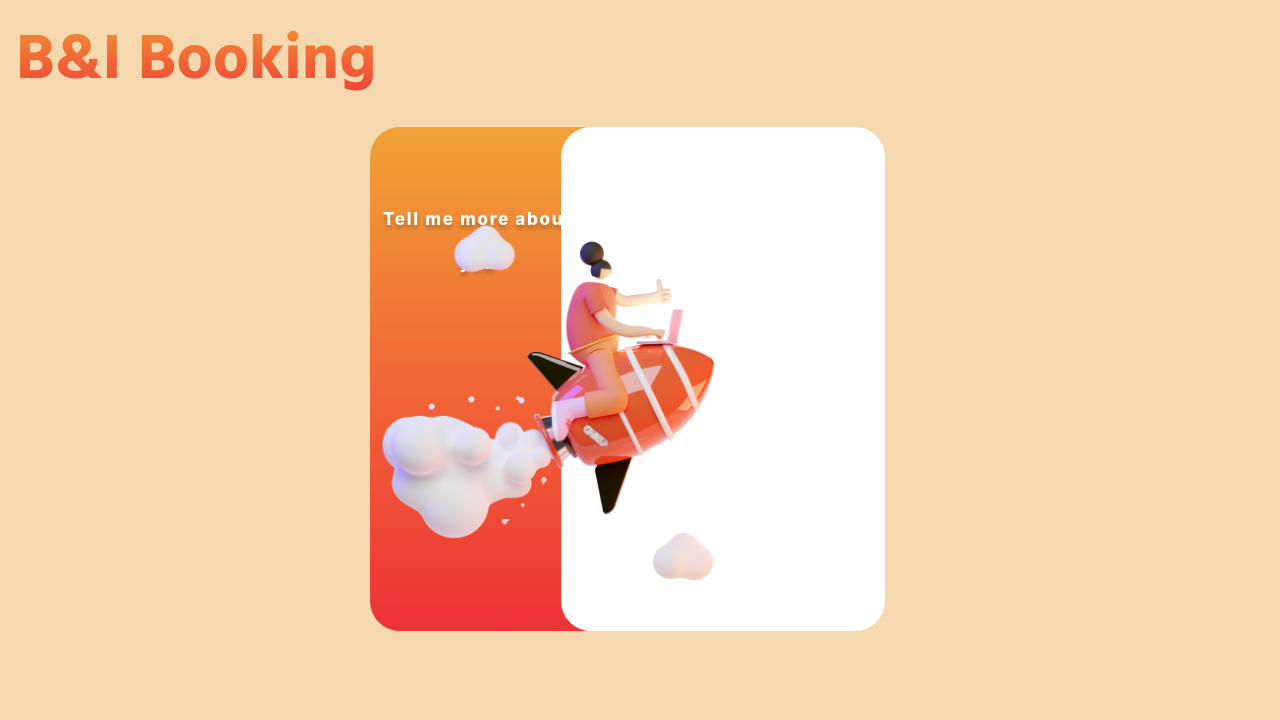
Repository: Grand-Line-PNV/FE-BIBooking
Page: /
These files come from the project's save history. The page is drawn as it stood at one moment and after the next save; the edit follows.
The browser window is 1280 px wide. The pictures show the whole page.
The project was rebuilt for these pictures with package versions that can differ from the ones it lists, and the page was loaded fresh each time. Also part of the build but not shown: src/App.css, src/view/pages/Influencers/PersonalInformation/VerifyAccount.module.scss, src/view/pages/Influencers/PersonalInformation/VerifyAccount.js, src/view/pages/Influencers/PersonalInformation/Job.module.scss, src/view/pages/Influencers/PersonalInformation/Job.js, src/components/Header.js.

Above is the page before, as saved 2023-02-06 22:03:51.

### public/index.html
<!DOCTYPE html>
<html lang="en">

<head>
  <meta charset="utf-8" />
  <link rel="icon" href="%PUBLIC_URL%/logoBIBooking.png" />
  <meta name="viewport" content="width=device-width, initial-scale=1" />
  <meta name="theme-color" content="#000000" />
  <meta name="description" content="Web site created using create-react-app" />
  <link rel="apple-touch-icon" href="%PUBLIC_URL%/logoBIBooking.png" />
  <!--
      manifest.json provides metadata used when your web app is installed on a
      user's mobile device or desktop. See https://developers.google.com/web/fundamentals/web-app-manifest/
    -->
  <link rel="manifest" href="%PUBLIC_URL%/manifest.json" />
  <!--
      Notice the use of %PUBLIC_URL% in the tags above.
      It will be replaced with the URL of the `public` folder during the build.
      Only files inside the `public` folder can be referenced from the HTML.

      Unlike "/favicon.ico" or "favicon.ico", "%PUBLIC_URL%/favicon.ico" will
      work correctly both with client-side routing and a non-root public URL.
      Learn how to configure a non-root public URL by running `npm run build`.
    -->
  <title>B&IBooking</title>
</head>

<body>
  <noscript>You need to enable JavaScript to run this app.</noscript>
  <div id="root"></div>
  <!--
      This HTML file is a template.
      If you open it directly in the browser, you will see an empty page.

      You can add webfonts, meta tags, or analytics to this file.
      The build step will place the bundled scripts into the <body> tag.

      To begin the development, run `npm start` or `yarn start`.
      To create a production bundle, use `npm run build` or `yarn build`.
    -->
</body>

</html>

### src/App.js
import "./App.css";
import { Provider } from "react-redux";
import store from "./redux";
import { faChevronLeft } from "@fortawesome/free-solid-svg-icons";
import { FontAwesomeIcon } from "@fortawesome/react-fontawesome";
import classNames from "classnames/bind";
import Button from "./components/Button/Button";
import PersonalInformation from "../src/view/pages/Influencers/PersonalInformation/index";
import Auth from "./view/pages/Auth/index";
import Header from "./components/Header";

const cx = classNames.bind();

function App() {
  return (
    <Provider store={store}>
      <Auth />
    </Provider>
  );
}

export default App;

### src/styles/GlobalStyles.js
import "./GlobalStyles.scss";

function GlobalStyles({ children }) {
  return children;
}
export default GlobalStyles;

### src/redux/index.js
import { configureStore } from "@reduxjs/toolkit";

const store = configureStore({
	reducer: {
	},
});

export default store;

### src/view/pages/Auth/index.js
import React, { useState } from "react";
import classNames from "classnames/bind";
import styles from "./Auth.module.scss";
import { Logo, Saly1 } from "../../../assets/images/index";
import Button from "../../../components/Button/Button";

const cx = classNames.bind(styles);

export default function Auth() {
  return (
    <>
      <div>
        <div className={cx("auth")}>
          <img
            style={{ objectFit: "cover", padding: "30px 20px" }}
            src={Logo}
            alt="LogoB&IBooking"
          />
          <div className={cx("container")}>
            <div className={cx("auth-container")}>
              <div className={cx("block-left")}>
                <p className={cx("auth-title")}>
                  Tell me more about you
                </p>
                <img className={cx("saly1-img")} src={Saly1} alt="Saly1" />
              </div>
              <div className={cx("block-right")}>
                <div className={cx("block-container")}>
                  {/* Call files here */}
                </div>
              </div>
            </div>
          </div>
        </div>
      </div>
    </>
  );
}

### src/styles/GlobalStyles.scss
:root{
    --white:  rgba(255, 255, 255, 1.0);
    --primary: #F16736;
    --black: #000;
    --text-color: #333;
}
*{
    margin: 0;
    padding: 0;
    box-sizing: border-box;
}
html{
    font-size:62.5%;
}
body{
    text-rendering: optimizeSpeed;
    font-size: 1.6rem;
    font-family: 'Inter', sans-serif;
    line-height: 1.5;
    color: var(--text-color)
}
button, input,[tabindex]{
    outline: none;
    border: none;
}
a[href]{
    color: var(--text-color);
    text-decoration: none
}

### src/view/pages/Influencers/PersonalInformation/PersonalInformation.module.scss
:root {
  // color
  --Wheat-color: #f5d8ae;
  --SonicSilver-color: #7b7777;
  --Linear-orange-color: linear-gradient(
    180deg,
    #f0a237 0%,
    #f16736 50.31%,
    #ed3237 100%
  );
  //   --Inter-font-family: "Inter", sans-serif;
}
.personalInfor {
  width: 100%;
  height: 100vh;
  background-color: var(--Wheat-color);
  //   font-family: var(--Inter-font-family);
  & .container {
    width: 65%;
    // height: 50vh;
    // background-color: white;
    margin: 0 auto;
    border-radius: 20px;
    & .personalInfor-container {
      width: 65%;
      margin: 0 auto;
      height: 70vh;
      display: flex;
      position: relative;
      & .block-left {
        width: 40%;
        background: var(--Linear-orange-color);
        text-align: center;
        border-top-left-radius: 30px;
        border-bottom-left-radius: 30px;
        & .personalInfor-title {
          padding-top: 70px;
          font-style: normal;
          font-weight: 800;
          font-size: 17px;
          line-height: 44px;
          letter-spacing: 0.1em;
          color: #ffffff;
          text-shadow: 0px 4px 4px rgba(0, 0, 0, 0.25);
        }
        & .saly1-img {
          width: 42rem;
          object-fit: cover;
          position: absolute;
          z-index: 1;
          bottom: 0;
          left: 0;
          transform: translateX(-75px);
        }
      }
      & .block-right {
        width: 60%;
        background-color: white;
        border-radius: 30px;
        transform: translateX(-25px);
        & .block-container {
          width: 90%;
          height: 65vh;
          margin: 0 auto;
          margin-top: 70px;
          position: relative;
          & .dots {
            display: flex;
            gap: 3px;
            & .dot {
              height: 7px;
              width: 7px;
              background-color: #bbb;
              border-radius: 100rem;
            }
            & .active {
              background: var(--Linear-orange-color);
              width: 20px;
            }
          }
          & .submit {
            text-align: center;
            margin-top: 50px;
          }
        }
      }
    }
  }
}

### src/assets/images/index.js
import Logo from "./LogoB&IBooking.png";
import Saly1 from "./Saly1.png";

export { Logo, Saly1 };

### src/view/pages/Auth/Auth.module.scss
:root {
  // color
  --Wheat-color: #f5d8ae;
  --SonicSilver-color: #7b7777;
  --Linear-orange-color: linear-gradient(
    180deg,
    #f0a237 0%,
    #f16736 50.31%,
    #ed3237 100%
  );
  //   --Inter-font-family: "Inter", sans-serif;
}
.auth {
  width: 100%;
  height: 100vh;
  background-color: var(--Wheat-color);
  //   font-family: var(--Inter-font-family);
  & .container {
    width: 65%;
    // height: 50vh;
    // background-color: white;
    margin: 0 auto;
    border-radius: 20px;
    & .auth-container {
      width: 65%;
      margin: 0 auto;
      height: 70vh;
      display: flex;
      position: relative;
      & .block-left {
        width: 40%;
        background: var(--Linear-orange-color);
        text-align: center;
        border-top-left-radius: 30px;
        border-bottom-left-radius: 30px;
        & .auth-title {
          padding-top: 70px;
          font-style: normal;
          font-weight: 800;
          font-size: 17px;
          line-height: 44px;
          letter-spacing: 0.1em;
          color: #ffffff;
          text-shadow: 0px 4px 4px rgba(0, 0, 0, 0.25);
        }
        & .saly1-img {
          width: 42rem;
          object-fit: cover;
          position: absolute;
          z-index: 1;
          bottom: 0;
          left: 0;
          transform: translateX(-75px);
        }
      }
      & .block-right {
        width: 60%;
        background-color: white;
        border-radius: 30px;
        transform: translateX(-25px);
        & .block-container {
          width: 90%;
          height: 65vh;
          margin: 0 auto;
          margin-top: 70px;
          position: relative;
        }
      }
    }
  }
}

### src/components/Button/Button.js
import classNames from "classnames/bind"
import { Link } from "react-router-dom";
import styles from './Button.module.scss'

const cx = classNames.bind(styles)

function Button({
    children,
    small=false,
    large=false,
    primary = false,
    outline = false,
    rounded= false,
    text = false,
    disabled = false,
    radius = false,
    to, href,className,leftIcon,rightIcon, onClick, ...passProps}) {
    let Comp = 'button';
    const props = {
        onClick,
        ...passProps
    }
    //Remove event listener when btn is disabled

    if(disabled) {
        Object.keys(props).forEach(key =>{
            if(key.startsWith('on') && typeof props[key] === 'function'){
                delete props[key];
            }
        })
    }
    if(to){
        props.to = to
        Comp = Link
    }else if(href){
        props.href = href
        Comp = 'a'
    }
    const classes = cx('wrapper',{
        [className]:className,
        primary,
        outline,
        rounded,
        small,
        large,
        text,
        disabled,
        radius
    })
    return (
        <Comp className={classes} {...props}>
            {leftIcon && <span className={cx('icon')}>{leftIcon}</span>}
            <span className={cx('title')}>{children}</span>
            {rightIcon && <span className={cx('icon')}>{rightIcon}</span>}

        </Comp>
    )
}

export default Button;

### src/view/pages/Influencers/PersonalInformation/index.js
import React, { useState } from "react";
import classNames from "classnames/bind";
import styles from "./PersonalInformation.module.scss";
import { Logo, Saly1 } from "../../../../assets/images";
import Button from "../../../../components/Button/Button";
import Information from "./Information";
import VerifyAccount from "./VerifyAccount";
import Job from "./Job";

const cx = classNames.bind(styles);

export default function PersonalInformation() {
  const [jobShown, setJobShown] = useState(false);
  const [informationShown, setInformationShown] = useState(true);
  const [verifyShown, setVerifyShown] = useState(false);

  const handleShowJob = () => {
    setJobShown(!jobShown);
    setInformationShown(false);
    setVerifyShown(false);
  };
  return (
    <>
      <div>
        <div className={cx("personalInfor")}>
          <img
            style={{ objectFit: "cover", padding: "30px 20px" }}
            src={Logo}
            alt="LogoB&IBooking"
          />
          <div className={cx("container")}>
            <div className={cx("personalInfor-container")}>
              <div className={cx("block-left")}>
                <p className={cx("personalInfor-title")}>
                  Tell me more about you
                </p>
                <img className={cx("saly1-img")} src={Saly1} alt="Saly1" />
              </div>
              <div className={cx("block-right")}>
                <div className={cx("block-container")}>
                  <div className={cx("dots")}>
                    <span className={cx("dot", "active")}></span>
                    <span className={cx("dot")}></span>
                    <span className={cx("dot")}></span>
                  </div>
                  {/* Call files here */}

                  {informationShown ? <Information /> : <Job />}

                  <div className={cx("submit")}>
                    <Button
                      primary={true}
                      radius={true}
                      text={true}
                      onClick={handleShowJob}
                    >
                      Continue
                    </Button>
                  </div>
                </div>
              </div>
            </div>
          </div>
        </div>
      </div>
    </>
  );
}

### src/components/Button/Button.module.scss
.wrapper {
  display: inline-flex;
  align-items: center;
  justify-content: center;
  font-size: 1.6rem;
  font-weight: 700;
  font-family: "ProximaNova", sans-serif;
  min-width: 100px;
  padding: 9px 16px;
  border-radius: 4px;
  cursor: pointer;
  background-color: var(--white);
  border: 1px solid transparent;
  user-select: none;

  + .wrapper {
    margin-left: 8px;
  }
  &.disabled {
    pointer-events: none;
    opacity: 0.6;
  }
}
//Button types
.rounded {
  border-radius: 999px;
  border-width: 1px;
  border-style: solid;
  box-shadow: 0 2px 8px rgb(0 0 0 / 6%);
  border-color: rgba(22, 24, 35, 0.12);

  &:hover {
    border-color: rgba(22, 24, 35, 0.2);
    background-color: rgba(22, 24, 35, 0.03);
  }
}

.primary {
  color: var(--white);
  background-color: var(--primary);
  border-color: var(--primary);
  &:hover {
    border-color: var(--primary);
    background: linear-gradient(0deg, rgba(0, 0, 0, 0.06), rgba(0, 0, 0, 0.06)),
      #fe2c55;
  }
}
.outline {
  color: var(--primary);
  border-color: currentColor;
  &:hover {
    border-color: currentColor;
    background-color: rgba(254, 44, 85, 0.06);
  }
}
.text {
}
//Radius
.radius {
  border-radius: 999px;
}

//Disabled

// Button sizes
.small {
  min-width: 88px;
  padding: 4px 16px;
}
.large {
  padding: 14px 16px;
  min-width: 140px;
}
.icon + .title,
.title + .icon {
  margin-left: 8px;
}
.icon {
  display: inline-block;
  width: 24px;
  text-align: center;
}

### src/view/pages/Influencers/PersonalInformation/Information.js
import React from "react";
import Button from "../../../../components/Button/Button";
import classNames from "classnames/bind";
import styles from "./Information.module.scss";

const cx = classNames.bind(styles);

export default function Information() {
  return (
    <>
      <div className={cx("information")}>
        <p className={cx("information-title")}>Personal Information</p>
        <form className={cx("form")}>
          <div className={cx("form-control-left")}>
            <div className={cx("form-group")}>
              <label className={cx("form-label")}>Your full name *</label>
              <input className={cx("form-input")} type="email" required />
            </div>
            <div className={cx("form-group")}>
              <label className={cx("form-label")}>Your address email *</label>
              <input className={cx("form-input")} type="email" required />
            </div>
            <div className={cx("form-group")}>
              <label className={cx("form-label")}>Your phone number *</label>
              <input className={cx("form-input")} type="email" required />
            </div>
            <div className={cx("form-group")}>
              <label className={cx("form-label")}>Province/City *</label>
              <input className={cx("form-input")} type="email" required />
            </div>
          </div>
          <div className={cx("form-control-right")}>
            <div className={cx("form-group")}>
              <label className={cx("form-label")}>Gender *</label>
              <div className={cx("input-radio")}>
                <input type="radio" required />
                <label>Male</label>
                <input type="radio" required />
                <label>Female</label>
              </div>
            </div>
            <div className={cx("form-group")}>
              <label className={cx("form-label")}>District *</label>
              <input className={cx("form-input")} type="email" required />
            </div>
          </div>
        </form>
      </div>
    </>
  );
}

### src/view/pages/Influencers/PersonalInformation/Information.module.scss
.information {
  // position: relative;
  // z-index: 100;
  & .information-title {
    margin-top: 20px;
    background: linear-gradient(
      180deg,
      #f0a237 0%,
      #f16736 50.83%,
      #ed3237 100%
    );
    background-clip: text;
    color: transparent;
    font-style: normal;
    font-weight: 800;
    font-size: 17px;
    line-height: 44px;
    letter-spacing: 0.1em;
    text-shadow: 0px 4px 4px rgba(0, 0, 0, 0.25);
    text-align: center;
  }
  & .form {
    display: flex;
    //   background-color: red;
    width: 90%;
    margin: 0 auto;
    justify-content: space-between;
    & .form-control-left {
    }
    & .form-group {
      display: flex;
      flex-direction: column;
      & .form-label {
        color: var(--SonicSilver-color);
        font-style: normal;
        font-weight: 700;
        font-size: 13px;
        line-height: 51px;
      }
      & .form-input {
        color: black;
        background: #ffffff;
        border: 2px solid #b4aeae;
        border-radius: 99px;
        width: 185px;
        height: 40px;
        font-weight: 500;
        font-style: normal;
        font-size: 13px;
        //   text-align: center;
        padding: 13px;
      }
      & .input-radio {
        display: flex;
        gap: 20px;
      }
    }
    & .form-control-right {
      margin-top: 198px;
    }
  }
  & .submit {
    text-align: center;
    margin-top: 50px;
  }
}

Loaded but not shown: src/index.js (common file); src/index.css (common file); src/reportWebVitals.js (common file); src/components/Header.module.scss (no stored copy; drawn as an empty file)

After the next save:
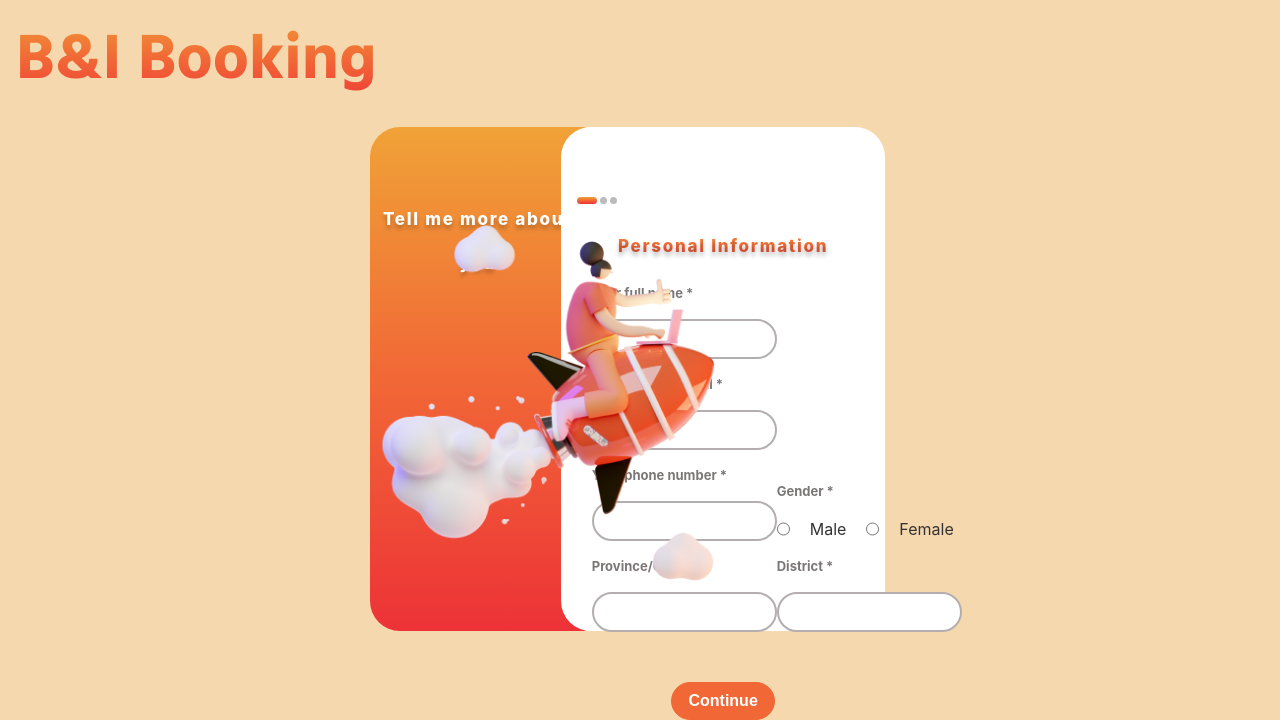
Saved 14 min 24 s later.
--- a/src/App.js
+++ b/src/App.js
@@ -14,7 +14,7 @@
 function App() {
   return (
     <Provider store={store}>
-      <Auth />
+      <PersonalInformation />
     </Provider>
   );
 }

After the save that followed:
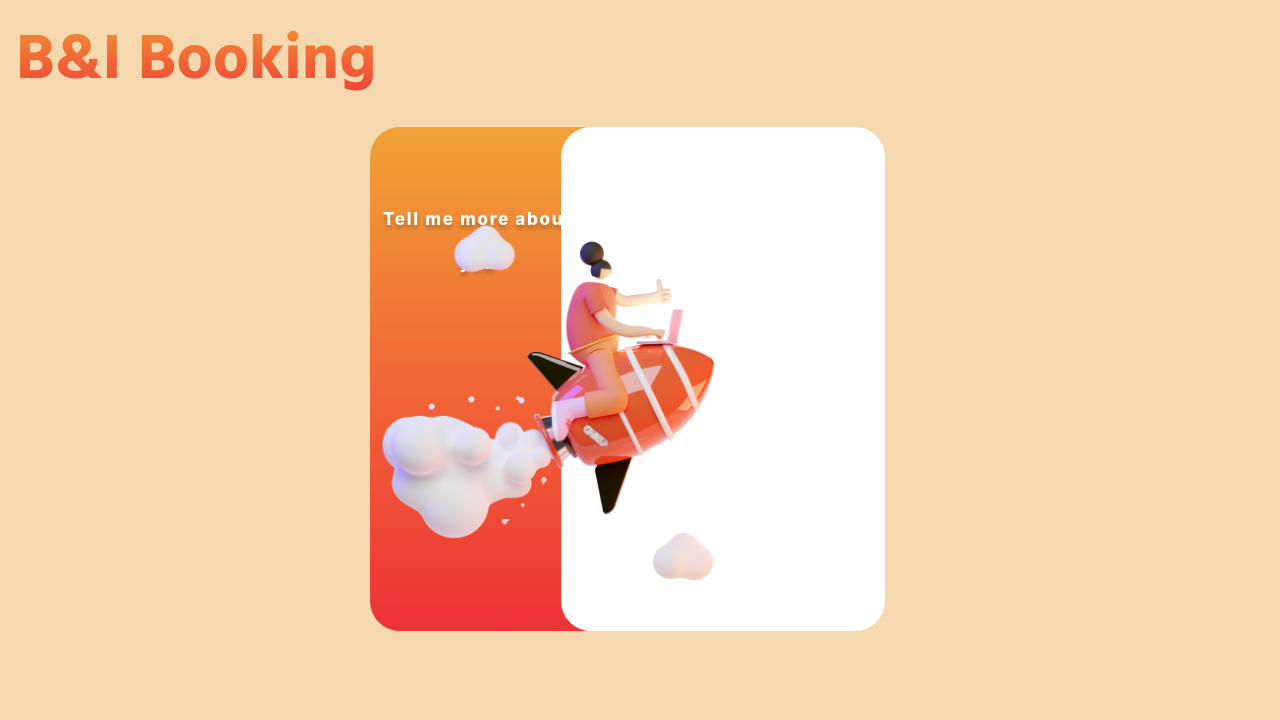
Saved 7 s later.
--- a/src/App.js
+++ b/src/App.js
@@ -14,7 +14,7 @@
 function App() {
   return (
     <Provider store={store}>
-      <PersonalInformation />
+      <Auth />
     </Provider>
   );
 }
